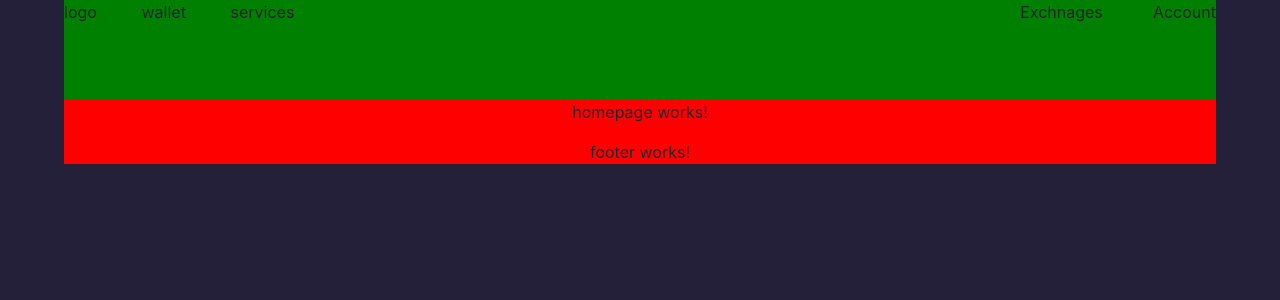
Repository: YuriyBen/Corzbank
Page: / (app in Corzbank.Web/ClientApp/)
The author's editor kept a copy of each file at every save. The page is drawn from the files as they stood at one save, then again after the next save.
The browser window is 1280 px wide. The pictures show the whole page.
The project was rebuilt for these pictures with package versions that can differ from the ones it lists, and the page was loaded fresh each time. Also part of the build but not shown: Corzbank.Web/ClientApp/angular.json.

Above is the page before, as saved 2022-05-19 18:43:31.

After the next save:
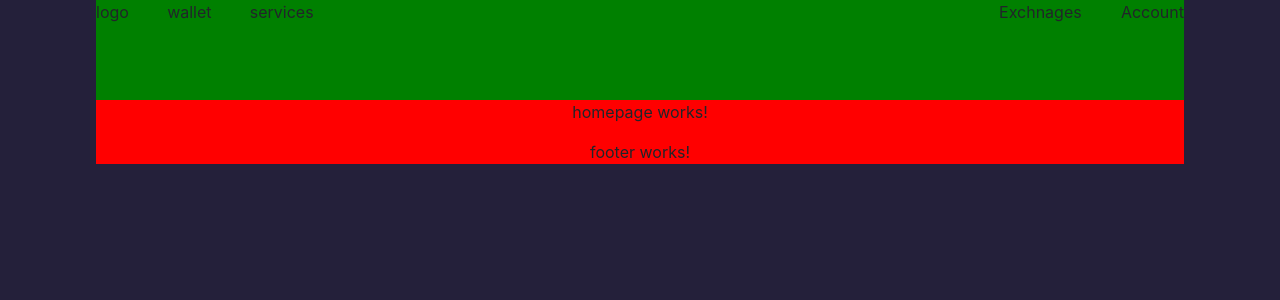
Saved 5 min 33 s later.
--- a/Corzbank.Web/ClientApp/src/styles.css
+++ b/Corzbank.Web/ClientApp/src/styles.css
@@ -22,5 +22,5 @@ body{
 .main{
   background-color: red;
   padding: 0;
-  width: 90%;
+  width: 85%;
 }
